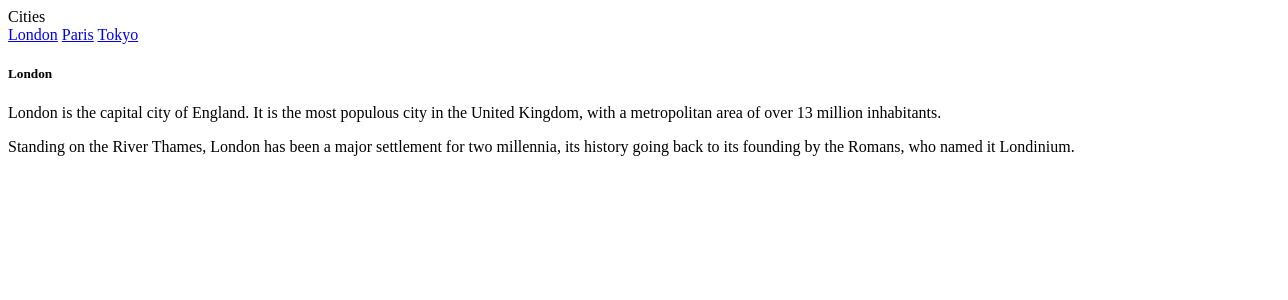
Repository: Tan-Khang21/TH_TKW--Buoi_06
Page: Bai_Tap_Tren_lop/Bai_01/LayoutCSS1.html
The author's editor kept a copy of each file at every save. The page is drawn from the files as they stood at one save, then again after the next save.
The browser window is 1280 px wide. The page is 1288 px wide, so the pictures cover 1288 px, including what lies to the right of the window. The pictures show the whole page.

Above is the page before, as saved 2024-03-11 19:38:46.

### Bai_Tap_Tren_lop/Bai_01/LayoutCSS1.html
<!DOCTYPE html>
<html lang="en">
  <head>
    <meta charset="UTF-8" />
    <meta name="viewport" content="width=device-width, initial-scale=1.0" />
    <title>Document</title>
    <link rel="stylesheet" href="style.css" />
  </head>
  <body>
    <div class="title">Cities</div>
    <nav class="navigation">
      <a href="#">London</a>
      <a href="#">Paris</a>
      <a href="#">Tokyo</a>
    </nav>
    <div class="Article">
      <h5>London</h5>
      <p>
        London is the capital city of England. It is the most populous city in
        the United Kingdom, with a metropolitan area of over 13 million
        inhabitants.
      </p>
      <p>
        Standing on the River Thames, London has been a major settlement for two
        millennia, its history going back to its founding by the Romans, who
        named it Londinium.
      </p>
    </div>
  </body>
</html>

Loaded but not shown: Bai_Tap_Tren_lop/Bai_01/style.css (common file)

After the next save:
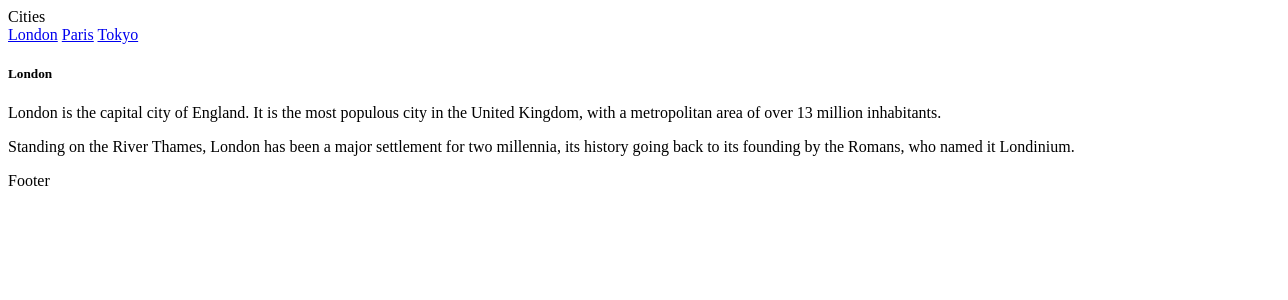
Saved 31 s later.
--- a/Bai_Tap_Tren_lop/Bai_01/LayoutCSS1.html
+++ b/Bai_Tap_Tren_lop/Bai_01/LayoutCSS1.html
@@ -26,5 +26,6 @@
         named it Londinium.
       </p>
     </div>
+    <footer>Footer</footer>
   </body>
 </html>
